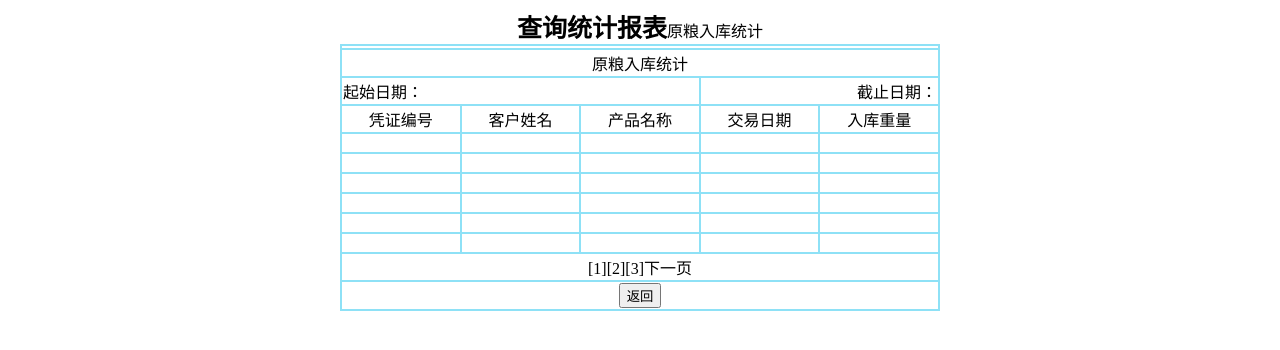
Repository: yuxingyan/OneCrewFlour
Page: http://localhost/Flour/showinstore.jsp
The author's editor kept a copy of each file at every save. The page is drawn from the files as they stood at one save, then again after a run of saves.
The browser window is 1280 px wide. The pictures show the whole page.
The page is served by Tomcat 9. Nobody is signed in. The application's start-up code is not run. Other server files are loaded and not shown.

Above is the page before, as saved 2018-01-11 07:17:33.

### Flour/WebRoot/showinstore.jsp
<%@ page language="java" import="java.util.*" pageEncoding="utf-8"%>
<%
String path = request.getContextPath();
String basePath = request.getScheme()+"://"+request.getServerName()+":"+request.getServerPort()+path+"/";
%>

<!DOCTYPE HTML PUBLIC "-//W3C//DTD HTML 4.01 Transitional//EN">
<html>
  <head>
    <base href="<%=basePath%>">

    <title>My JSP 'showinstore.jsp' starting page</title>

	<meta http-equiv="pragma" content="no-cache">
	<meta http-equiv="cache-control" content="no-cache">
	<meta http-equiv="expires" content="0">
	<meta http-equiv="keywords" content="keyword1,keyword2,keyword3">
	<meta http-equiv="description" content="This is my page">
	<!--
	<link rel="stylesheet" type="text/css" href="styles.css">
	-->

  </head>

  <body>
   <center>
    <form  name="原粮入库统计" action="" method="post">
    <strong style="font-size:25px">查询统计报表</strong>原粮入库统计
      <table border="1" width="600"  cellspacing="0" bordercolor="#8EE1F6">
    <tr><td colspan="10" ></td></tr>
     <tr height="20px"><td align="center" colspan="5" >原粮入库统计</td></tr>
     <tr height="20px"><td align="left" colspan="3" >起始日期：</td><td align="right" colspan="3" >截止日期：</td>
     <tr>
    <td align="center">凭证编号</td>
     <td align="center">客户姓名</td>
      <td align="center">产品名称</td>
       <td align="center">交易日期</td>
        <td align="center">入库重量</td>
    </tr>
    <tr height="20px"><td></td><td></td><td></td><td></td><td></td></tr>
    <tr height="20px"><td></td><td></td><td></td><td></td><td></td></tr>
    <tr height="20px"><td></td><td></td><td></td><td></td><td></td></tr>
    <tr height="20px"><td></td><td></td><td></td><td></td><td></td></tr>
    <tr height="20px"><td></td><td></td><td></td><td></td><td></td></tr>
    <tr height="20px"><td></td><td></td><td></td><td></td><td></td></tr>
    <tr><td align="center" colspan="10" >[1][2][3]下一页</td></tr>
    <tr><td align="center" colspan="10" >
      <button type="button">返回</button>
      </td></tr>
    </table>
    </form>
    </center>
  </body>
</html>

After the next 2 saves:
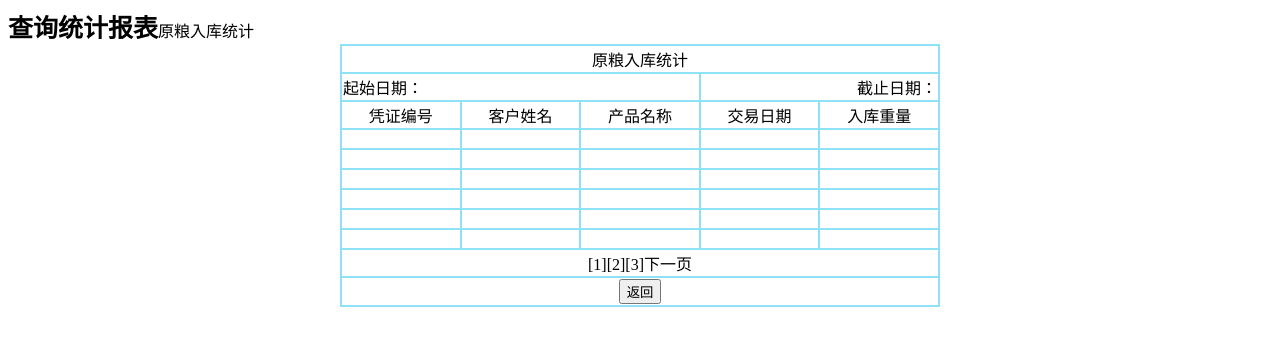
The 2 saves are shown as one change because they came seconds apart.
The last was saved 9 s later.
--- a/Flour/WebRoot/showinstore.jsp
+++ b/Flour/WebRoot/showinstore.jsp
@@ -23,11 +23,12 @@ String basePath = request.getScheme()+"://"+request.getServerName()+":"+request.
   </head>
 
   <body>
+  <strong style="font-size:25px">查询统计报表</strong>原粮入库统计
    <center>
     <form  name="原粮入库统计" action="" method="post">
-    <strong style="font-size:25px">查询统计报表</strong>原粮入库统计
+
       <table border="1" width="600"  cellspacing="0" bordercolor="#8EE1F6">
-    <tr><td colspan="10" ></td></tr>
+
      <tr height="20px"><td align="center" colspan="5" >原粮入库统计</td></tr>
      <tr height="20px"><td align="left" colspan="3" >起始日期：</td><td align="right" colspan="3" >截止日期：</td>
      <tr>
